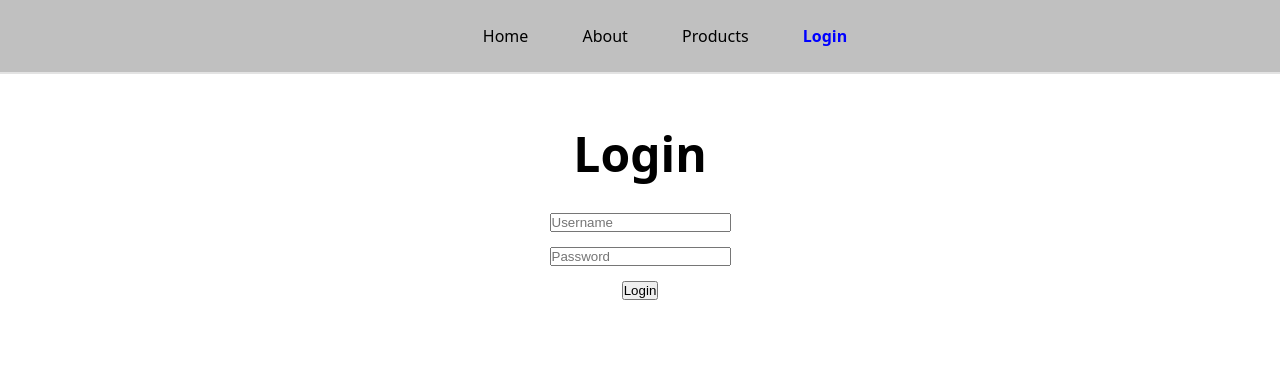
Repository: Yeyolive/WebDev_Collab_2025
Page: Basic_Projects/Basic-Website/login.html
An editor plug-in stored every save of this project. The page is shown before and after the next save, followed by the edit.
The browser window is 1280 px wide. The pictures show the whole page.

Above is the page before, as saved 2025-11-02 23:09:34.

After the next save:
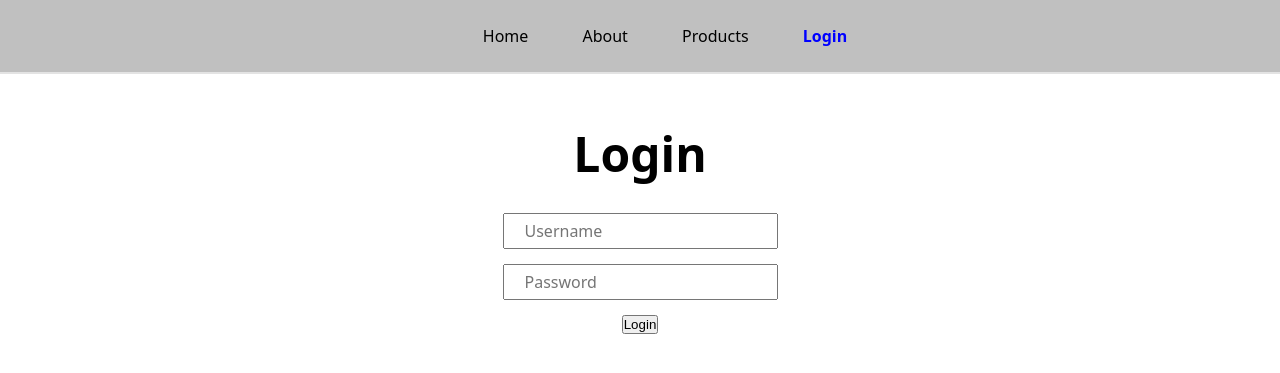
Saved 95 s later.
--- a/Basic_Projects/Basic-Website/styles.css
+++ b/Basic_Projects/Basic-Website/styles.css
@@ -132,8 +132,14 @@ input {
   display: block;
   margin: 0 auto;
   margin-bottom: 15px;
+  font: inherit;
 }
 button {
   display: block;
   margin: 0 auto;
 }
+
+input[type="text"],
+input[type="password"] {
+  padding: 5px 20px;
+}
